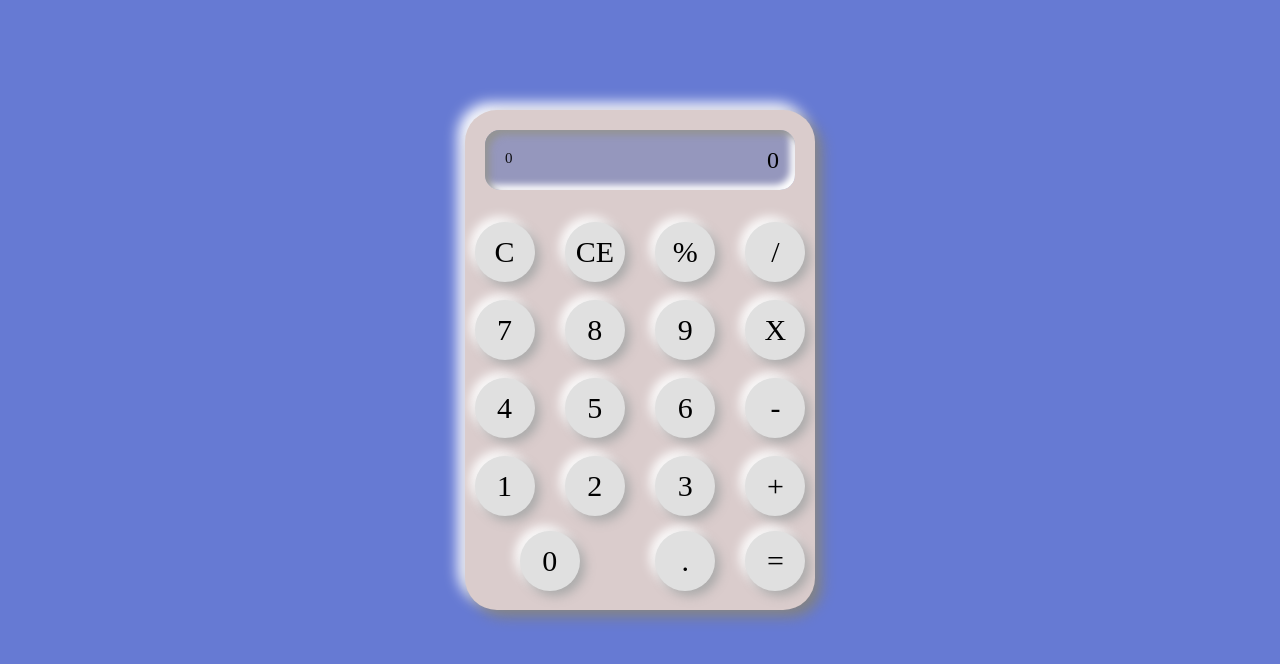
Repository: Goldmyn/Calculator
Page: index.html
These files come from the project's save history. The page is drawn as it stood at one moment and after the next save; the edit follows.
The browser window is 1280 px wide. The pictures show the whole page.

Above is the page before, as saved 2022-09-28 02:34:01.

### index.html
<!DOCTYPE html>
<html lang="en">
<head>
    <meta charset="UTF-8">
    <meta http-equiv="X-UA-Compatible" content="IE=edge">
    <meta name="viewport" content="width=device-width, initial-scale=1.0">
    <title>Calculator</title>
    <link rel="stylesheet" href="index.css">
</head>
<body>
    <header>

    </header>

    <section>
        <div class="container">
            <div class="calculator">
                <div class="display">
                    <div class="display_a">0</div>
                    <div class="border"> <div class="display-2">0</div> </div>
                </div>
                <div class="all_buttons">
                    <div class="button all_clear">C</div>
                    <div class="button last_entity_clear">CE</div>
                    <div class="button operation">%</div>
                    <div class="button operation">/</div>
                    <div class="button number">7</div>
                    <div class="button number">8</div>
                    <div class="button number">9</div>
                    <div class="button operation">X</div>
                    <div class="button number">4</div>
                    <div class="button number">5</div>
                    <div class="button number">6</div>
                    <div class="button operation">-</div>
                    <div class="button number">1</div>
                    <div class="button number">2</div>
                    <div class="button number">3</div>
                    <div class="button operation">+</div>
                    <div class="button btn-0 number">0</div>
                    <div class="button number dot">.</div>
                    <div class="button equal">=</div>
                </div>
            </div>
        </div>
    </section>
</body>
</html>

### index.css
* {
    padding: 0;
    margin: 0;
    box-sizing: border-box;
}
html {
    font-family: 'Gill Sans', 'Gill Sans MT', Calibri, 'Trebuchet MS', sans-serif';
}

section {
    background-color: #667ad3;
    min-height: 100vh;
    width: 100%;
    display: flex;
    align-items: center;
    justify-content: center;
}

.container {
    background-color: #e0e0e0;
    width: 90%;
    height: 500px;
    max-width: 350px;
    border-radius: 32px;
    background: #dacccc;
    box-shadow: 7px 7px 14px #828282, -7px -7px 14px #ffffff;
    overflow: hidden;
}

.display {
    height: 100px;
    width: 100%;
    text-align: right;
    padding: 20px;
    font-size: 30px;
    position: relative;
}

.display_a  {
    opacity: 0.9;
    font-size: 15px;
    height: 20px;
    overflow: hidden;
    position: absolute;
    bottom: 40px;
    left: 40px;
}

.border {
    background-color: aqua;
    height: 60px;
    width: 100%;
    padding-right: 1rem;
    display: flex;
    align-items: center;
    justify-content: flex-end;
    border-radius: 15px;
    background: #9597bd;
    font-size: 24px;
    box-shadow: inset 5px 5px 7px #949494 , inset -5px -5px 7px #ffffff;
}

.all_buttons {
    color: rgb(0, 0, 0);
    display: grid;
    grid-template:
        repeat(4, minmax(67px, 1fr))
        / repeat(4, minmax(50px, 1fr));
    gap: 0.7rem;
    transform: translateY(0.5rem);
    place-items: center;
}

.button {
    display: inline-block;
    height: 60px;
    width: 60px;
    display: flex;
    align-items: center;
    justify-content: center;
    font-size: 30px;
    cursor: pointer;
    border-radius: 100px;
    background: #e0e0e0;
    box-shadow: 5px 5px 11px #aaaaaa ,  -5px -5px 11px #ffffff;
}

.button:hover {
    background-color: rgb(30, 43, 46);
    color: white;
}

.btn-0 {
    grid-column: 1/3;
}

After the next save:
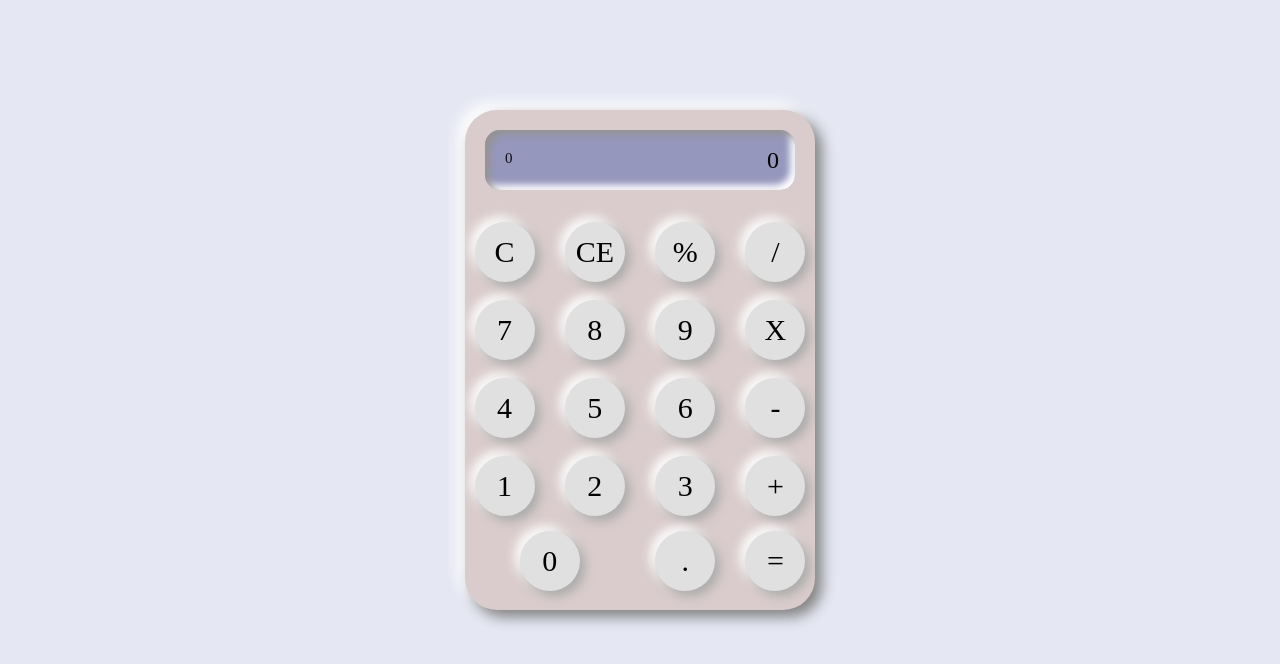
Saved 5 s later.
--- a/index.css
+++ b/index.css
@@ -8,7 +8,7 @@ html {
 }
 
 section {
-    background-color: #667ad3;
+    background-color: #e5e7f3;
     min-height: 100vh;
     width: 100%;
     display: flex;
